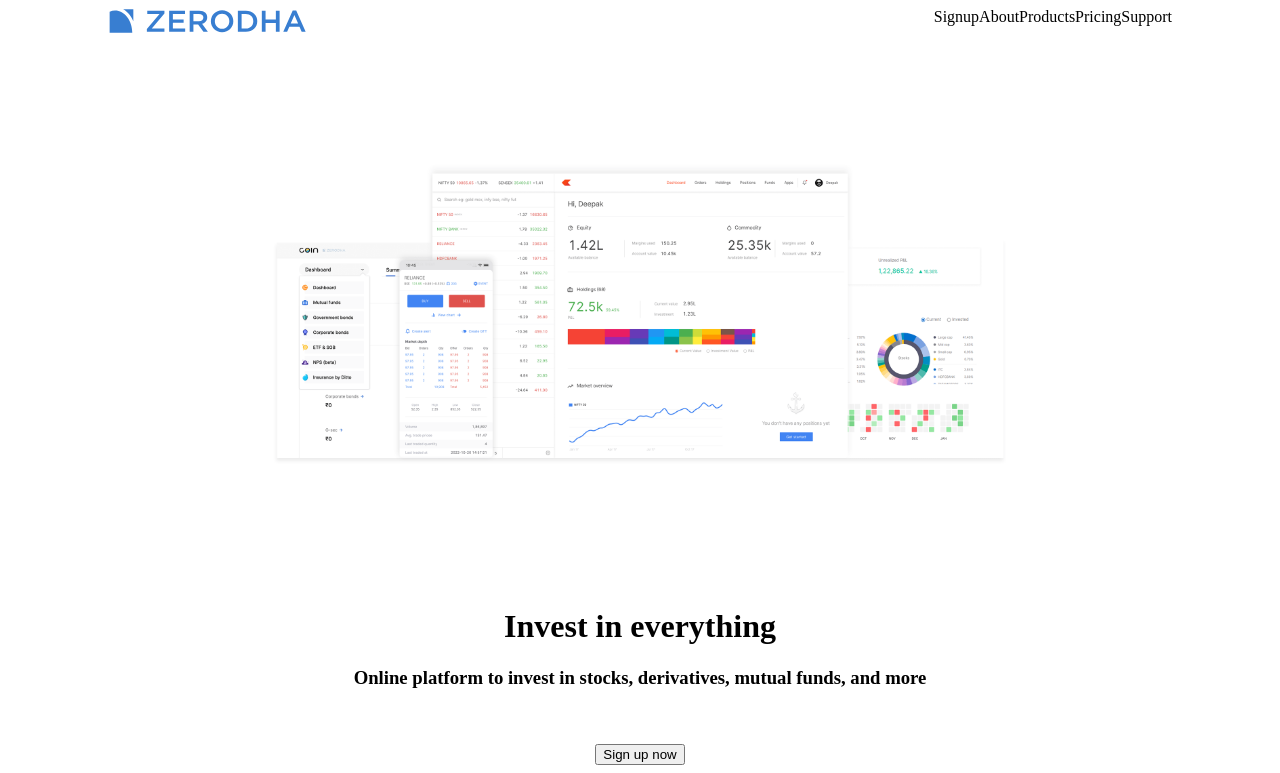
Repository: VISHALGUPTA100803/Harkirat_MERN
Page: zerodha_landing_page week0(html+css)/index.html
These files come from the project's save history. The page is drawn as it stood at one moment and after a run of saves; the edit follows.
The browser window is 1280 px wide. The pictures show the whole page.

Above is the page before, as saved 2023-12-16 17:42:28.

After the next 7 saves:
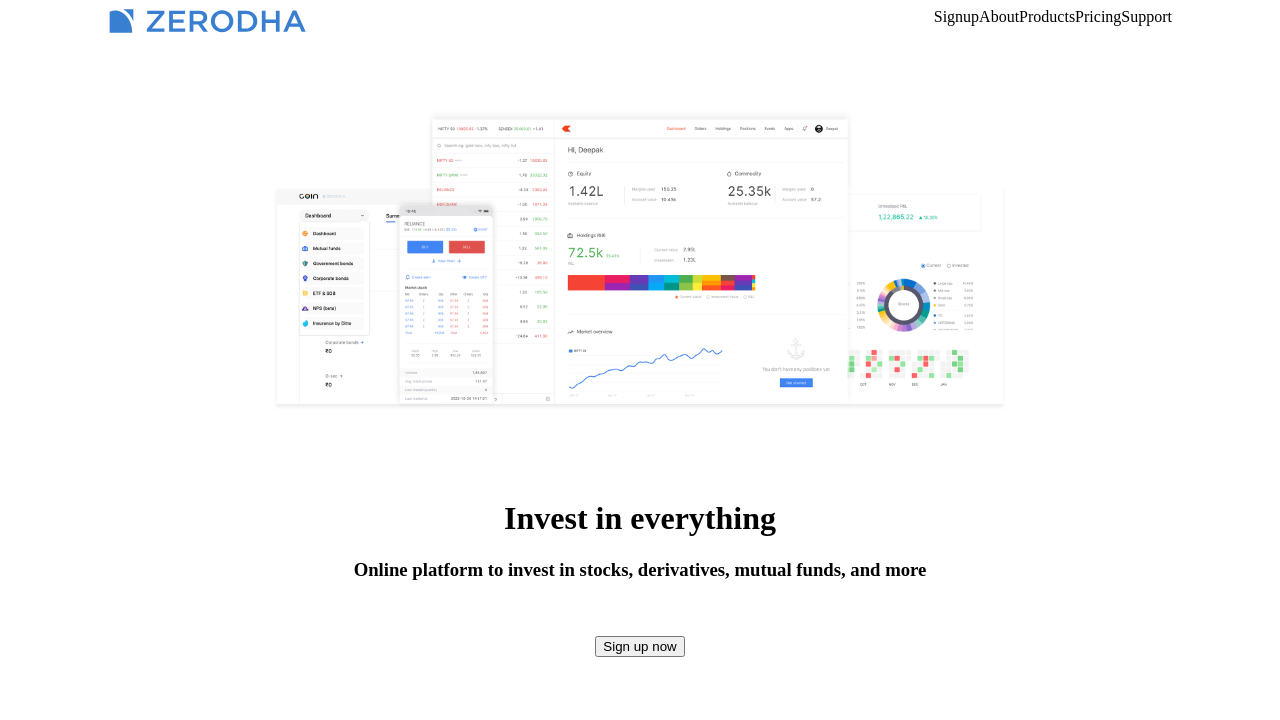
The 7 saves are shown as one change because they came seconds apart.
The last was saved 26 s later.
--- a/zerodha_landing_page week0(html+css)/index.html
+++ b/zerodha_landing_page week0(html+css)/index.html
@@ -11,15 +11,15 @@
     </div>
 
 </div>
-<br> </br>
-<br> </br>
-<br> </br>
+<br>
+<br>
+<br>
 <center>
     <img width = "800" src ="landing.png"> </img>
 </center>
-<br> </br>
-<br> </br>
-<br> </br>
+<br>
+<br>
+<br>
 <center>
     <h1> Invest in everything </h1>
 </center>
